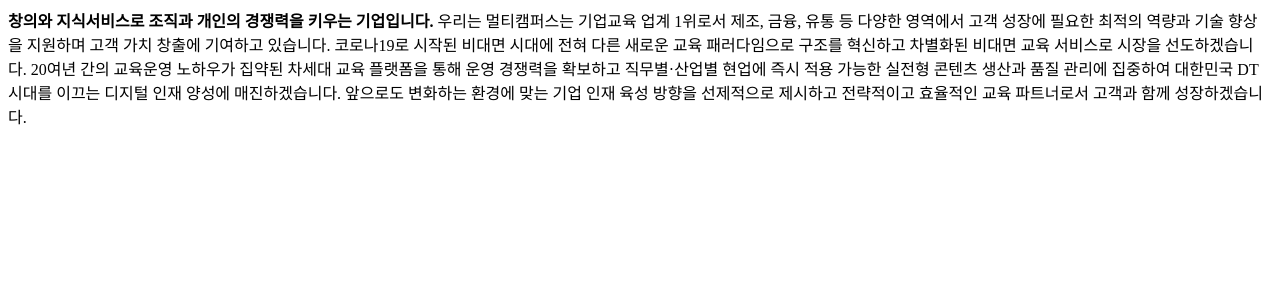
Repository: zmfhd1/Web
Page: boardtest/WebContent/WEB-INF/relative.html
An editor plug-in stored every save of this project. The page is shown before and after the next save, followed by the edit.
The browser window is 1280 px wide. The pictures show the whole page.

Above is the page before, as saved 2021-08-23 00:43:19.

### boardtest/WebContent/WEB-INF/relative.html
<!DOCTYPE html>
<head>
  <meta charset="UTF-8">
  <title>Document</title>
</head>
<body>
    <div class="content">
      <div class="text">
        <b>창의와 지식서비스로 조직과 개인의 경쟁력을 키우는 기업입니다.</b>
        우리는 멀티캠퍼스는 기업교육 업계 1위로서 제조, 금융, 유통 등 다양한 영역에서 고객 성장에 필요한 최적의 역량과 기술 향상을 지원하며 고객 가치 창출에 기여하고 있습니다.
	코로나19로 시작된 비대면 시대에 전혀 다른 새로운 교육 패러다임으로 구조를 혁신하고 차별화된 비대면 교육 서비스로 시장을 선도하겠습니다.
	20여년 간의 교육운영 노하우가 집약된 차세대 교육 플랫폼을 통해 운영 경쟁력을 확보하고 직무별·산업별 현업에 즉시 적용 가능한 실전형 콘텐츠 생산과 품질 관리에 집중하여 대한민국 DT시대를 이끄는 디지털 인재 양성에 매진하겠습니다.
	앞으로도 변화하는 환경에 맞는 기업 인재 육성 방향을 선제적으로 제시하고 전략적이고 효율적인 교육 파트너로서 고객과 함께 성장하겠습니다.
      </div>
    </div>
</body>
</html>

After the next save:
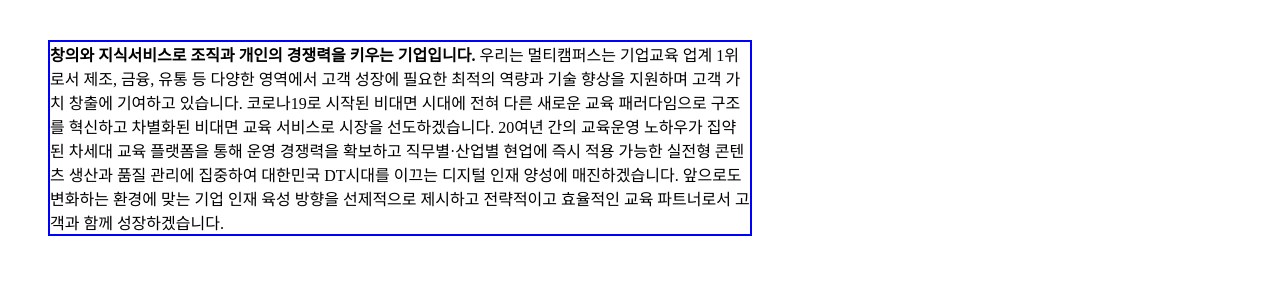
Saved 4 min 4 s later.
--- a/boardtest/WebContent/WEB-INF/relative.html
+++ b/boardtest/WebContent/WEB-INF/relative.html
@@ -2,6 +2,14 @@
 <head>
   <meta charset="UTF-8">
   <title>Document</title>
+  <style type="text/css">
+  .content{
+  border : 2px solid blue;
+  width : 700px;
+  margin: 40px;
+  position:static;
+  }
+  </style>
 </head>
 <body>
     <div class="content">
